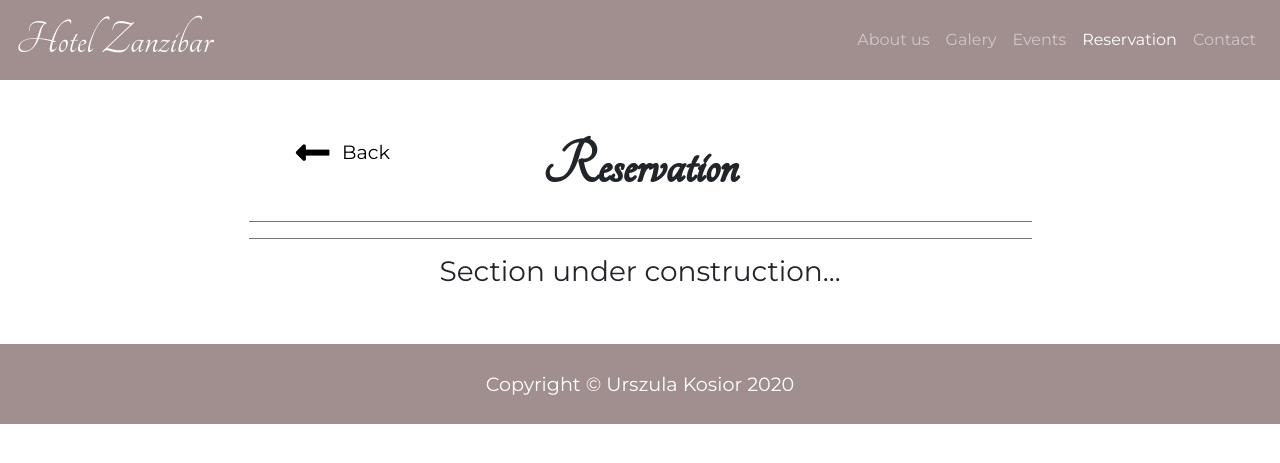
Repository: Ulaa93/Hotel-Zanzibar
Page: reservation.html
The author's editor kept a copy of each file at every save. The page is drawn from the files as they stood at one save, then again after the next save.
The browser window is 1280 px wide. The pictures show the whole page.

Above is the page before, as saved 2020-01-29 11:11:17.

### reservation.html
<!DOCTYPE html>
<html lang="en">
  <head>
    <meta charset="UTF-8" />
    <meta name="viewport" content="width=device-width, initial-scale=1.0" />
    <meta http-equiv="X-UA-Compatible" content="ie=edge" />
    <title>Hotel Zanzibar</title>
    <link rel="icon" href="./ikona.ico" />
    <link
      href="https://fonts.googleapis.com/css?family=Montserrat|Tangerine&display=swap"
      rel="stylesheet"
    />
    <link href="./fontawesome-free-5.12.0-web/css/all.css" rel="stylesheet" />
    <link
      rel="stylesheet"
      href="https://stackpath.bootstrapcdn.com/bootstrap/4.4.1/css/bootstrap.min.css"
      integrity="sha384-Vkoo8x4CGsO3+Hhxv8T/Q5PaXtkKtu6ug5TOeNV6gBiFeWPGFN9MuhOf23Q9Ifjh"
      crossorigin="anonymous"
    />
    <link rel="stylesheet" href="style.css" />
    <script src="https://unpkg.com/scrollreveal"></script>
  </head>
  <body>
    <nav class="navbar sticky-top navbar-expand-lg navbar-dark">
      <a class="navbar-brand hotel-zanzibar" href="./index.html"
        >Hotel Zanzibar</a
      >
      <button
        class="navbar-toggler"
        type="button"
        data-toggle="collapse"
        data-target="#navbarNavDropdown"
        aria-controls="navbarNavDropdown"
        aria-expanded="false"
        aria-label="Toggle navigation"
      >
        <span class="navbar-toggler-icon"></span>
      </button>
      <div
        class="collapse navbar-collapse w-100 order-3 dual-collapse2"
        id="navbarNavDropdown"
      >
        <ul class="navbar-nav ml-auto">
          <li class="nav-item ">
            <a class="nav-link" href="./about-us.html">About us </a>
          </li>
          <li class="nav-item">
            <a class="nav-link" href="./galery.html">Galery</a>
          </li>
          <li class="nav-item">
            <a class="nav-link" href="./events.html">Events</a>
          </li>
          <li class="nav-item active">
            <a class="nav-link" href="./reservation.html">Reservation</a>
          </li>
          <li class="nav-item">
            <a class="nav-link" href="./contact.html">Contact</a>
          </li>
        </ul>
      </div>
    </nav>
    <div class="back">
      <a href="./index.html"><i class="fas fa-long-arrow-alt-left"></i> Back</a>
    </div>
    <section class="reservation container p-5">
      <h2>Reservation</h2>
      <hr />
      <hr />
      <h3>Section under construction...</h3>
    </section>
    <footer>
      <div>Copyright &copy; Urszula Kosior 2020</div>
    </footer>
    <script
      src="https://code.jquery.com/jquery-3.4.1.slim.min.js"
      integrity="sha384-J6qa4849blE2+poT4WnyKhv5vZF5SrPo0iEjwBvKU7imGFAV0wwj1yYfoRSJoZ+n"
      crossorigin="anonymous"
    ></script>
    <script
      src="https://cdn.jsdelivr.net/npm/popper.js@1.16.0/dist/umd/popper.min.js"
      integrity="sha384-Q6E9RHvbIyZFJoft+2mJbHaEWldlvI9IOYy5n3zV9zzTtmI3UksdQRVvoxMfooAo"
      crossorigin="anonymous"
    ></script>
    <script
      src="https://stackpath.bootstrapcdn.com/bootstrap/4.4.1/js/bootstrap.min.js"
      integrity="sha384-wfSDF2E50Y2D1uUdj0O3uMBJnjuUD4Ih7YwaYd1iqfktj0Uod8GCExl3Og8ifwB6"
      crossorigin="anonymous"
    ></script>
    <script src="./script.js"></script>
  </body>
</html>

### style.css
* {
  padding: 0;
  margin: 0;
  font-family: 'Montserrat', sans-serif;
}
.navbar {
  height: 80px;
  background-color: rgba(124, 98, 98, 0.712);
}
.hotel-zanzibar {
  font-size: 3em;
  font-family: 'Tangerine', cursive;
}
.hotel-main {
  background-image: url(./img/rooms/hotel-room-1447201_1920.jpg);
  width: 100%;
  height: 80vh;
  background-size: cover;
  background-position: center;
  display: flex;
  flex-direction: column;
  padding: 200px 0;
  margin-bottom: 48px;
}
.welcome {
  background-color: rgba(255, 255, 255, 0.555);
  padding: 3em;
  text-align: center;
}
.welcome span {
  font-size: 3em;
  font-family: 'Tangerine', cursive;
}
.welcome h1 {
  font-size: 5em;
  font-family: 'Tangerine', cursive;
  font-weight: 600;
}
h2 {
  text-align: center;
  font-size: 4em;
  font-weight: 600;
  font-family: 'Tangerine', cursive;
}
section p {
  font-size: 1.2em;
  line-height: 2em;
}
section p::first-letter {
  font-size: 4em;
  font-weight: 600;
  font-family: 'Tangerine', cursive;
}
hr {
  margin: 16px auto;
  width: 75%;
  background-color: gray;
}
.back i,
.more i {
  font-size: 2em;
  margin: 0 0.2em;
  vertical-align: middle;
}
.back {
  font-size: 1.2em;
  vertical-align: middle;
  position: absolute;
  top: 7em;
  left: 15em;
}
.back a,
.more a {
  color: black;
  text-decoration: none;
}
.back a:hover {
  font-size: 1.1em;
}
footer {
  text-align: center;
  color: white;
  background-color: rgba(124, 98, 98, 0.712);
  height: 80px;
  line-height: 80px;
  font-size: 1.2em;
}
.contact .row {
  align-items: center;
}
.contact i {
  margin-right: 1em;
  animation: shake 1s;
  animation-iteration-count: infinite;
}
.contact-info {
  height: 340px;
  display: flex;
  flex-direction: column;
  justify-items: center;
  align-items: center;
}
.contact-info div {
  transition: 0.5s;
}
.contact-info div:hover {
  transform: scale(1.1);
}
@keyframes shake {
  0% {
    transform: scale(1);
  }
  50% {
    transform: scale(1.5);
  }
  100% {
    transform: scale(1);
  }
}
h3 {
  text-align: center;
}

### script.js

const nodeArray = [
    document.querySelector('.hotel-main'),
    document.querySelector('.hotel-about'),
    document.querySelector('.galery'),
    document.querySelector('.contact')
];

ScrollReveal().reveal(nodeArray, {
  delay: 275,
  duration: 1000,
  rotate: { x: 10, y: 50, z: 0 },
  reset: true
});

Loaded but not shown: fontawesome-free-5.12.0-web/css/all.css (library)

After the next save:
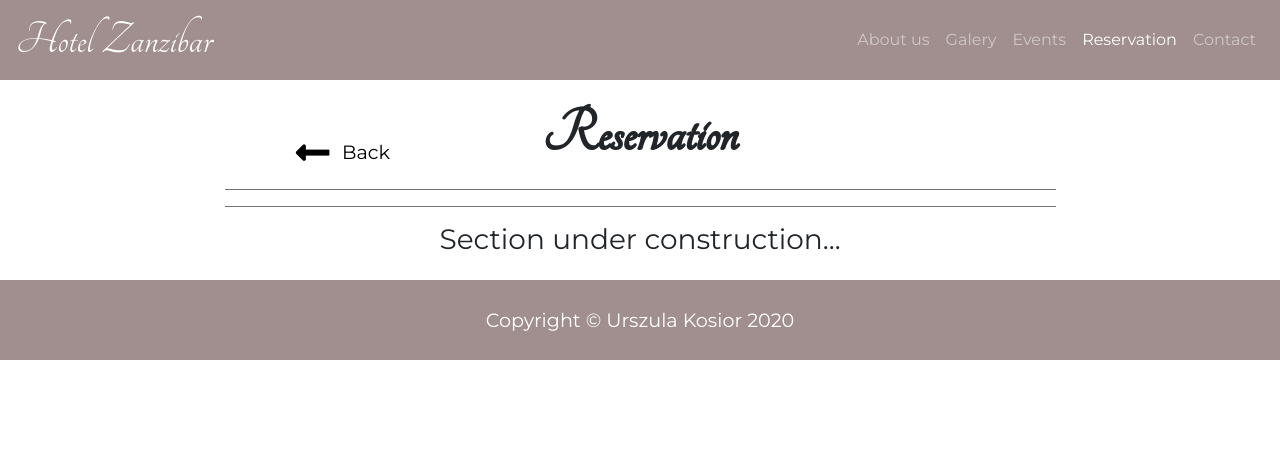
Saved 36 s later.
--- a/reservation.html
+++ b/reservation.html
@@ -62,7 +62,7 @@
     <div class="back">
       <a href="./index.html"><i class="fas fa-long-arrow-alt-left"></i> Back</a>
     </div>
-    <section class="reservation container p-5">
+    <section class="reservation container p-3">
       <h2>Reservation</h2>
       <hr />
       <hr />
